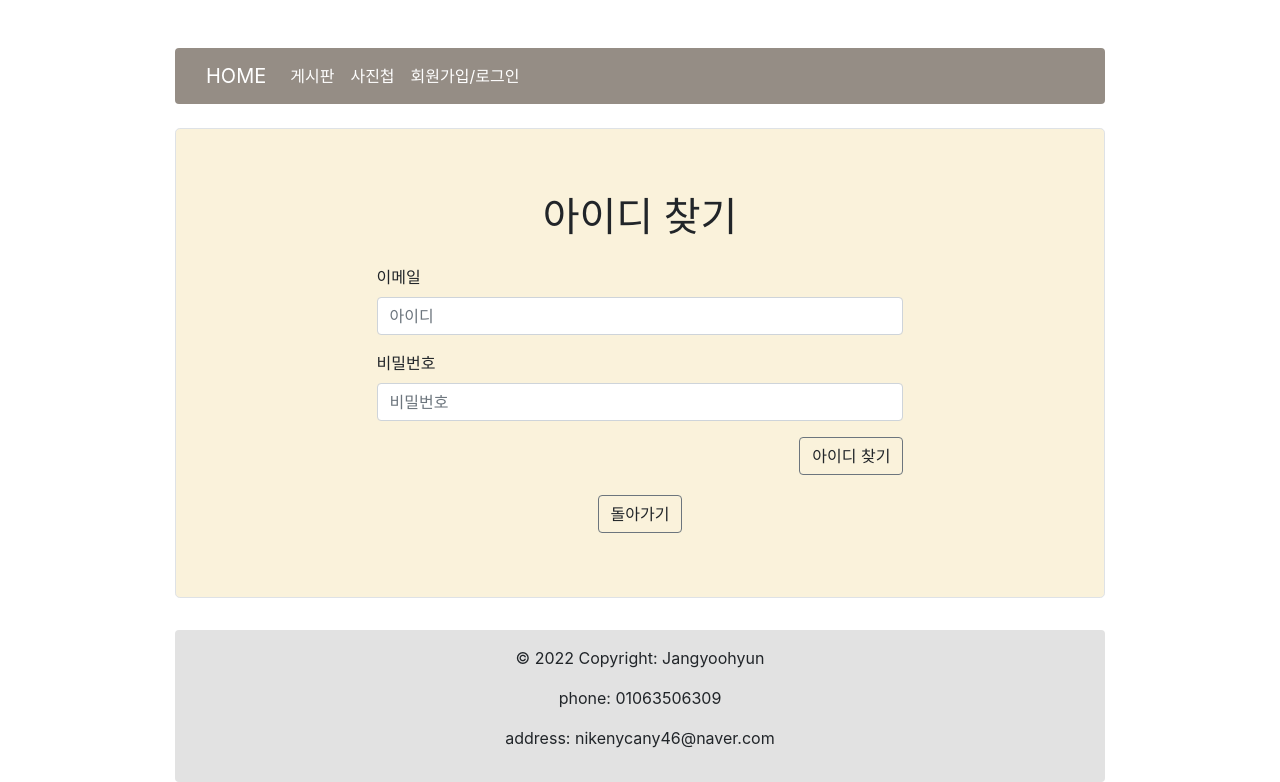
Repository: jangyoohyun/toyProject
Page: http://localhost/toyproject/WEB-INF/views/auth/findUsername.jsp
These files come from the project's save history. The page is drawn as it stood at one moment and after the next save; the edit follows.
The browser window is 1280 px wide. The pictures show the whole page.
Some web libraries are served in a nearby version. The page is served by Tomcat 9. Nobody is signed in. Other server files are loaded and not shown. The template is opened directly, without the code that normally fills it, so the values that code supplies are empty.

Above is the page before, as saved 2022-03-05 03:08:58.

### Study/toyproject/src/main/webapp/WEB-INF/views/auth/findUsername.jsp
<%@ page language="java" contentType="text/html; charset=UTF-8"
	pageEncoding="UTF-8"%>

<%@ include file="/WEB-INF/views/layout/header.jsp" %>

<div class="jumbotron mt-4 border" style="background-color: #faf2db">
	<div class="container" style="width: 70%">
		<h1 class="text-center">아이디 찾기</h1>

		<form class="px-4 py-3" action="/auth/signIn" method="post">

				<div class="form-group">
					<label for="userId" class="form-label">이메일</label>
					<input type="text" class="form-control" name="findUsername" placeholder="아이디">
				</div>

				<div class="form-group mt-3">
					<label class="form-label">비밀번호</label>
					<input type="password" class="form-control" name="findPassword" placeholder="비밀번호">
				</div>

				<div class="btn-toolbar justify-content-end mt-2" role="toolbar" aria-label="Toolbar with button groups">
				  <div class="btn-group">
				    <button type="submit" class="btn border-secondary" id="loginBtn">아이디 찾기</button>
				  </div>
				</div>
		</form>

		<div class="text-center">
			<a href="<c:url value="/auth/signInForm"/>"><button class="btn border-secondary mt-1">돌아가기</button></a>
		</div>
	</div>
</div>

<%@ include file="/WEB-INF/views/layout/footer.jsp" %>

### Study/toyproject/src/main/webapp/WEB-INF/views/layout/header.jsp
<%@ page language="java" contentType="text/html; charset=UTF-8"
	pageEncoding="UTF-8"%>
<%@ taglib uri="http://java.sun.com/jsp/jstl/core" prefix="c"%>
<%@ taglib prefix="sec"
	uri="http://www.springframework.org/security/tags"%>
<%@ taglib prefix="fmt" uri="http://java.sun.com/jsp/jstl/fmt"%>


<sec:authorize access="isAuthenticated()">
	<sec:authentication property="principal" var="principal" />
</sec:authorize>

<!DOCTYPE html>
<html>
<head>
<!-- Fontawesome -->
<script src="https://kit.fontawesome.com/67f4370b70.js" crossorigin="anonymous"></script>
<link rel="stylesheet"
	href="https://cdn.jsdelivr.net/npm/bootstrap@4.6.1/dist/css/bootstrap.min.css"
	integrity="sha384-zCbKRCUGaJDkqS1kPbPd7TveP5iyJE0EjAuZQTgFLD2ylzuqKfdKlfG/eSrtxUkn"
	crossorigin="anonymous">
<script src="https://code.jquery.com/jquery-3.6.0.js"
	integrity="sha256-H+K7U5CnXl1h5ywQfKtSj8PCmoN9aaq30gDh27Xc0jk="
	crossorigin="anonymous"></script>

<meta charset="UTF-8">

<title>Insert title here</title>
</head>
<body>
	<div class="container mt-5 w-75">
		<nav class="navbar navbar-expand-lg navbar-light rounded"
			style="background-color: #958D85">
			<div class="container-fluid">
				<a class="navbar-brand text-white" href="<c:url value="/"/>">HOME</a>
				<button class="navbar-toggler" type="button"
					data-bs-toggle="collapse" data-bs-target="#navbarNav"
					aria-controls="navbarNav" aria-expanded="false"
					aria-label="Toggle navigation">
					<span class="navbar-toggler-icon"></span>
				</button>
				<div class="collapse navbar-collapse" id="navbarNav">
					<ul class="navbar-nav">
						<li class="nav-item "><a class="nav-link text-white"
							href="<c:url value="/board?page=0"/>">게시판</a></li>
						<li class="nav-item"><a class="nav-link text-white"
							href="<c:url value="/photo"/>">사진첩</a></li>
						<c:choose>
							<c:when test="${principal.username == null}">
								<li class="nav-item"><a class="nav-link text-white"
									href="<c:url value="/auth/signInForm"/>">회원가입/로그인</a></li>
							</c:when>
							<c:otherwise>
								<li class="nav-item"><a class="nav-link text-white"
									onclick="return confirm('로그아웃 하시겠습니까?');"
									href="<c:url value="/logout"/>">로그아웃</a></li>
								<li class="nav-item"><a class="nav-link text-white"
									href="<c:url value="/auth/userUpdate"/>">회원정보수정</a></li>
							</c:otherwise>
						</c:choose>

					</ul>
				</div>
			</div>
		</nav>

### Study/toyproject/src/main/webapp/WEB-INF/views/layout/footer.jsp
<%@ page language="java" contentType="text/html; charset=UTF-8"
	pageEncoding="UTF-8"%>


<footer class="text-center text-lg-start rounded" style="background-color: #E2E2E2">
	<!-- Copyright -->
	<div class="text-center p-3">
		<p>© 2022 Copyright: Jangyoohyun</p>
		<p>phone: 01063506309</p>
		<p>address: nikenycany46@naver.com</p>
	</div>
	<!-- Copyright -->
</footer>


</div>


<script src="https://cdn.jsdelivr.net/npm/bootstrap@5.1.3/dist/js/bootstrap.bundle.min.js" integrity="sha384-ka7Sk0Gln4gmtz2MlQnikT1wXgYsOg+OMhuP+IlRH9sENBO0LRn5q+8nbTov4+1p" crossorigin="anonymous"></script>
<script src="https://code.jquery.com/jquery-3.6.0.js" integrity="sha256-H+K7U5CnXl1h5ywQfKtSj8PCmoN9aaq30gDh27Xc0jk=" crossorigin="anonymous"></script>


</body>
</html>

After the next save:
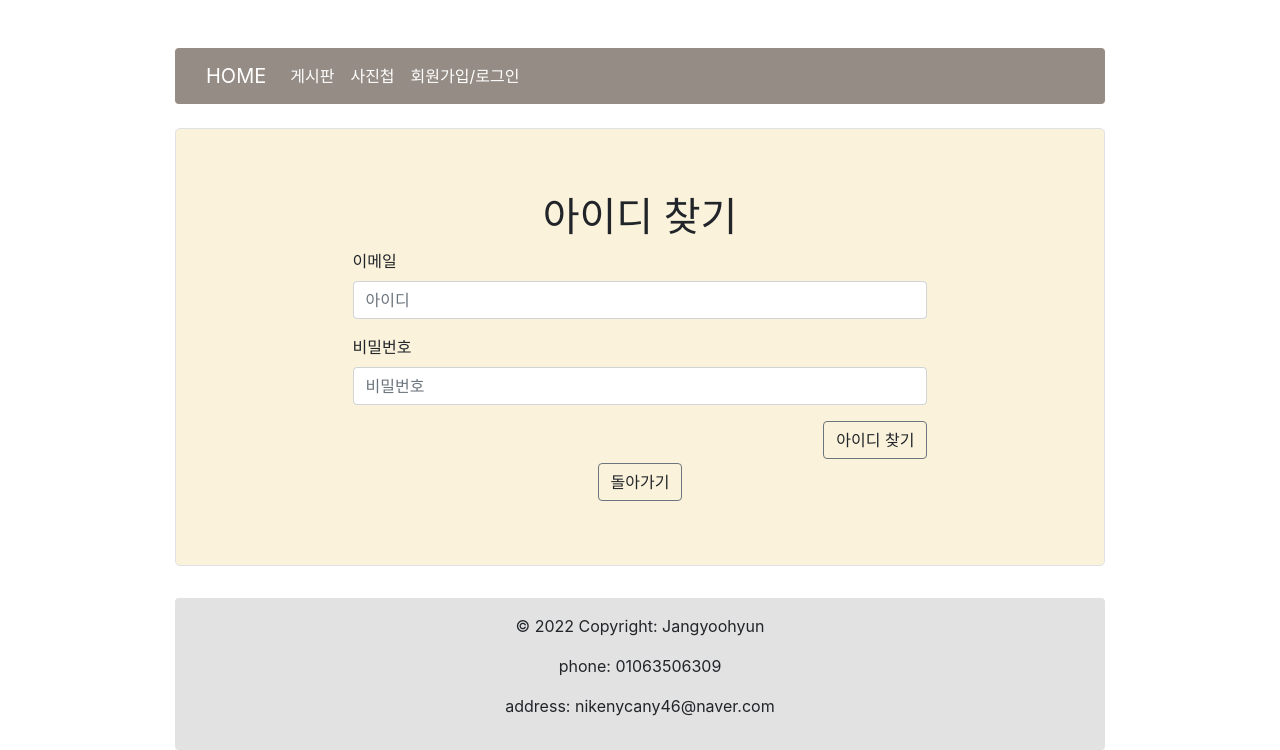
Saved 27 s later.
--- a/Study/toyproject/src/main/webapp/WEB-INF/views/auth/findUsername.jsp
+++ b/Study/toyproject/src/main/webapp/WEB-INF/views/auth/findUsername.jsp
@@ -7,7 +7,7 @@
 	<div class="container" style="width: 70%">
 		<h1 class="text-center">아이디 찾기</h1>
 
-		<form class="px-4 py-3" action="/auth/signIn" method="post">
+		<form>
 
 				<div class="form-group">
 					<label for="userId" class="form-label">이메일</label>
